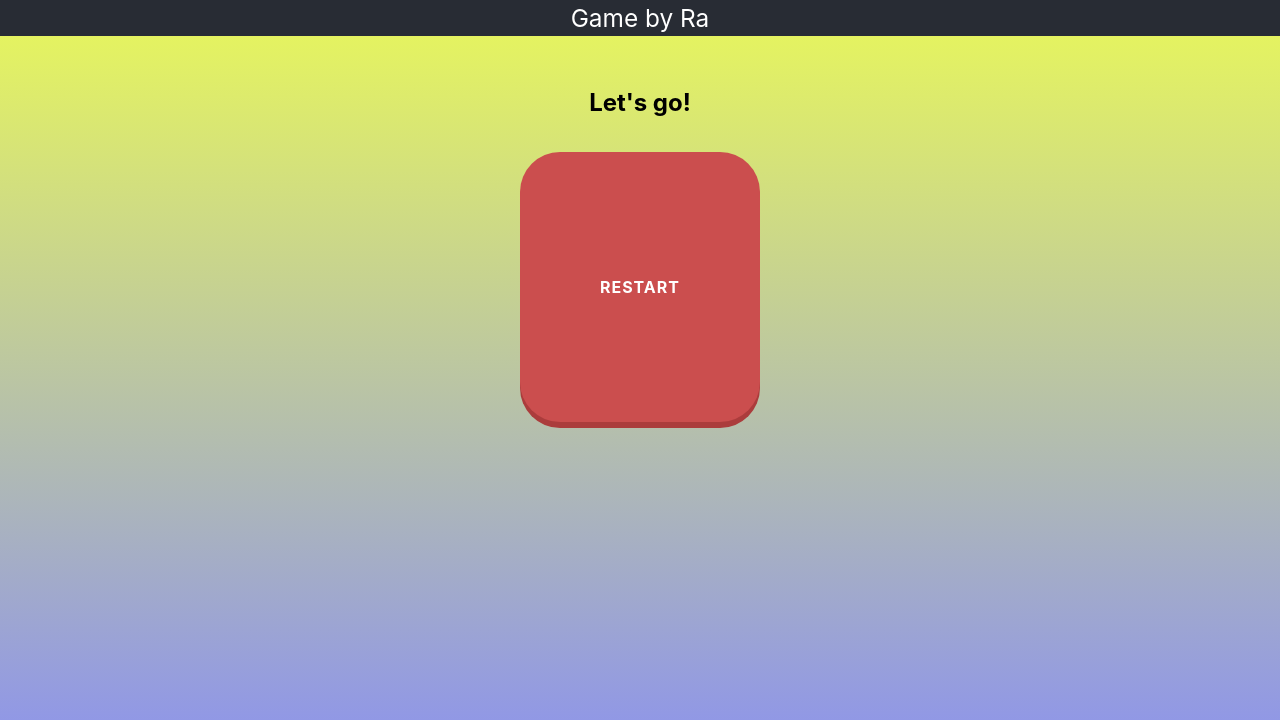
Repository: Sergioramasano/ramos-game
Page: /
An editor plug-in stored every save of this project. The page is shown before and after the next save, followed by the edit.
The browser window is 1280 px wide. The pictures show the whole page.
The project was rebuilt for these pictures with package versions that can differ from the ones it lists, and the page was loaded fresh each time. Also part of the build but not shown: src/components/Cards.js.

Above is the page before, as saved 2021-02-11 19:35:32.

### public/index.html
<!DOCTYPE html>
<html lang="en">
  <head>
    <meta charset="utf-8" />
    <link rel="icon" href="%PUBLIC_URL%/favicon.ico" />
    <meta name="viewport" content="width=device-width, initial-scale=1" />
    <meta name="theme-color" content="#000000" />
    <meta
      name="description"
      content="Web site created using create-react-app"
    />
    <link rel="apple-touch-icon" href="%PUBLIC_URL%/logo192.png" />
    <link rel="manifest" href="%PUBLIC_URL%/manifest.json" />
    <title>Game by Ra</title>
  </head>
  <body>
    <noscript>You need to enable JavaScript to run this app.</noscript>
    <div id="root"></div>
  </body>
</html>

### src/App.js
import "./App.css";
import GameBox from "./components/GameBox/GameBox";

const App = () => {
  return (
    <div className="App">
      <header className="App-header">Game by Ra</header>
      <GameBox></GameBox>
    </div>
  );
};

export default App;

### src/App.css
.App {
  text-align: center;
}

.App-header {
  background-color: #282c34;
  height: 5vh;
  display: flex;
  flex-direction: column;
  align-items: center;
  justify-content: center;
  font-size: calc(10px + 2vmin);
  color: white;
}

### src/components/GameBox/GameBox.js
import React, { useState, useEffect } from "react";
import Cards from "../Cards";
import styles from "./Gamebox.module.css";
import age from "../../images/age.jpeg";
import av from "../../images/av.jpeg";
import hq from "../../images/hq.png";
import hs from "../../images/hs.png";
import jq from "../../images/jq.jpg";
import lk from "../../images/lk.jpg";
import sm from "../../images/sm.jpg";
import smm from "../../images/smm.png";
import knight from "../../images/knight.png";
import star from "../../images/star.jpeg";

const GameBox = () => {
  const [imgUrl, setImgUrl] = useState(null);
  const [bingo, setBingo] = useState([]);
  const [currentUrlIdx, setCurrentUrlIdx] = useState(null);

  let urls = [];
  urls = [age, av, hq, hs, jq, lk, sm, smm, knight];
  urls = [...urls, ...urls];
  urls = urls.map((url, idx) => {
    return { name: url, id: Math.random(), visible: false, idx };
  });

  if (imgUrl !== null) {
    urls[imgUrl].visible = true;
  }

  if (bingo.length) {
    bingo.forEach((b) => {
      urls[b].visible = true;
    });
  }

  const setImg = (url) => {
    if (currentUrlIdx && currentUrlIdx.name === url.name) {
      console.log("YESSSSS");
      setBingo([...bingo, currentUrlIdx.idx, url.idx]);
    }
    setImgUrl(url.idx);
    setCurrentUrlIdx(url);
  };

  return (
    <main className={styles.gamebox}>
      <h2>Let's go!</h2>
      <section className={styles.wrap}>
        {bingo.length !== urls.length ? (
          <button className={styles.button}> Restart</button>
        ) : (
          <Cards
            key={currentUrlIdx}
            urls={urls}
            styles={styles}
            setImg={setImg}
            star={star}
            currentUrlIdx={currentUrlIdx}
          ></Cards>
        )}
      </section>
    </main>
  );
};

export default GameBox;

### src/components/GameBox/Gamebox.module.css
.gamebox {
  height: 95vh;
  background: linear-gradient(#d5ec06a2, #9198e5);
  padding: 2rem;
  box-sizing: border-box;
}

.wrap {
  margin: auto auto;
  max-width: 700px;
  height: auto;
  width: 100%;
  min-height: 300px;
  display: flex;
  flex-direction: row;
  justify-content: center;
  flex-wrap: wrap;
}

.card {
  display: block;
  width: 100px;
  height: 100px;
  margin: 0.3rem;
}

.card img {
  display: block;
  width: 100%;
  height: 100%;
}

.button {
  border: none;
  font-family: inherit;
  font-size: inherit;
  color: inherit;
  background: none;
  cursor: pointer;
  padding: 25px 80px;
  display: inline-block;
  margin: 15px 30px;
  text-transform: uppercase;
  letter-spacing: 1px;
  font-weight: 700;
  outline: none;
  position: relative;
  background: #cb4e4e;
  color: #fff;
  box-shadow: 0 6px #ab3c3c;
  -webkit-transition: none;
  -moz-transition: none;
  transition: none;
  border-radius: 40px;
}

.button:hover {
  box-shadow: 0 4px #ab3c3c;
  top: 2px;
  transition: 1s ease;
}

Loaded but not shown: src/index.js (common file); src/index.css (common file)

After the next save:
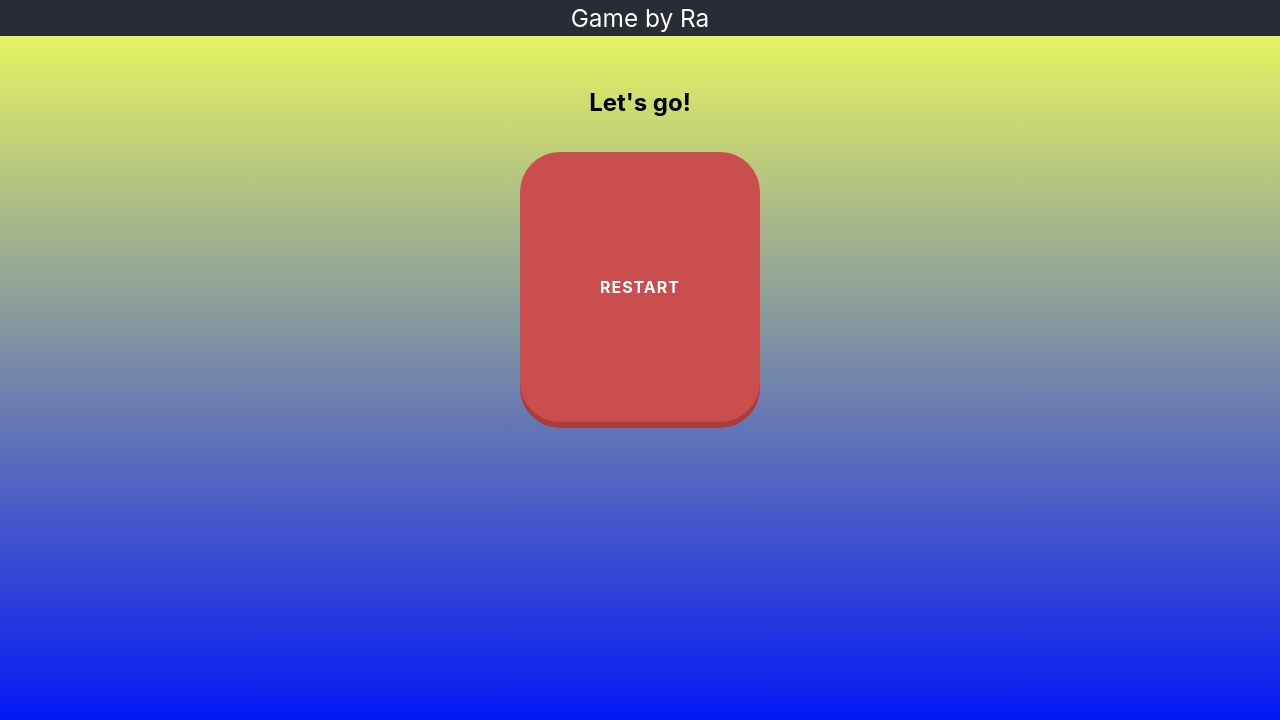
Saved 9 s later.
--- a/src/components/GameBox/Gamebox.module.css
+++ b/src/components/GameBox/Gamebox.module.css
@@ -1,6 +1,6 @@
 .gamebox {
   height: 95vh;
-  background: linear-gradient(#d5ec06a2, #9198e5);
+  background: linear-gradient(#d5ec06a2, #0318f5);
   padding: 2rem;
   box-sizing: border-box;
 }
